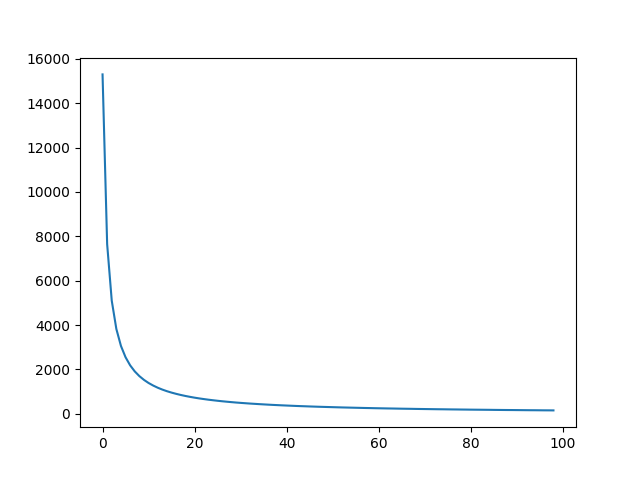
Repository: Vorztek/Data
Script's output: python Exercices_Python/Old_project/Maths_and_algorithms/Première_série_exo/génération_nombre_premiers.py
An editor plug-in stored every save of this project. The script's output is shown before and after a run of saves, followed by the edit.
Random numbers start from a fixed seed.

Above is the script's output before, as saved 2021-07-28 13:46:04.

### Exercices_Python/Old_project/Maths_and_algorithms/Première_série_exo/génération_nombre_premiers.py
import matplotlib.pyplot as plt
import numpy as np

def is_prime(p):
    if p < 2:
        return False
    for j in range(2, p):
        if p % j == 0:
            return False
    else:
        return True

def number_of_prime(n):
    compte = 0
    # Pour chaque élement compris dans la liste de chaque élement de l'intervalle
    for i in range(50, 1000):
        if is_prime(i) is True:
            compte += 1
    # Print("Entre 1 et {} il y a {} nombres premier".format(valeur, compte))
    pourcent = ((compte / n) *100)
    return int(pourcent)

def courbe():
    global valeur
    valeur = 100#l'input à add un jour
    liste1 = []
    for n in range(1, valeur):
        liste1.append(number_of_prime(n))
    return liste1


plt.plot(courbe())
plt.show()

After the next 2 saves:
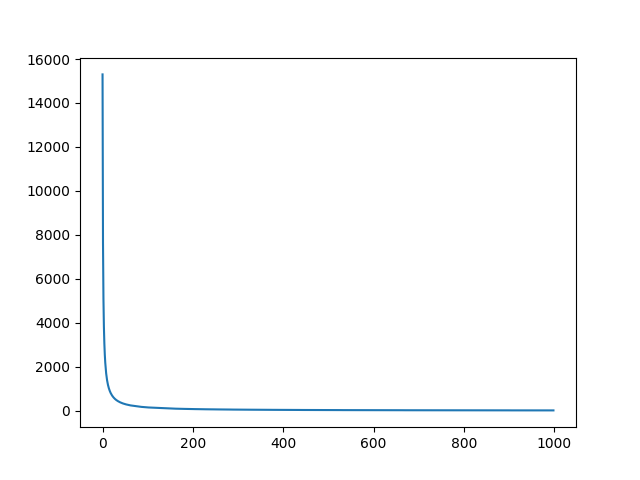
The 2 saves are shown as one change because 1 did not build or start.
The last was saved 2 min 57 s later.
--- a/Exercices_Python/Old_project/Maths_and_algorithms/Première_série_exo/génération_nombre_premiers.py
+++ b/Exercices_Python/Old_project/Maths_and_algorithms/Première_série_exo/génération_nombre_premiers.py
@@ -22,7 +22,7 @@ def number_of_prime(n):
 
 def courbe():
     global valeur
-    valeur = 100#l'input à add un jour
+    valeur = 1000#l'input à add un jour
     liste1 = []
     for n in range(1, valeur):
         liste1.append(number_of_prime(n))
